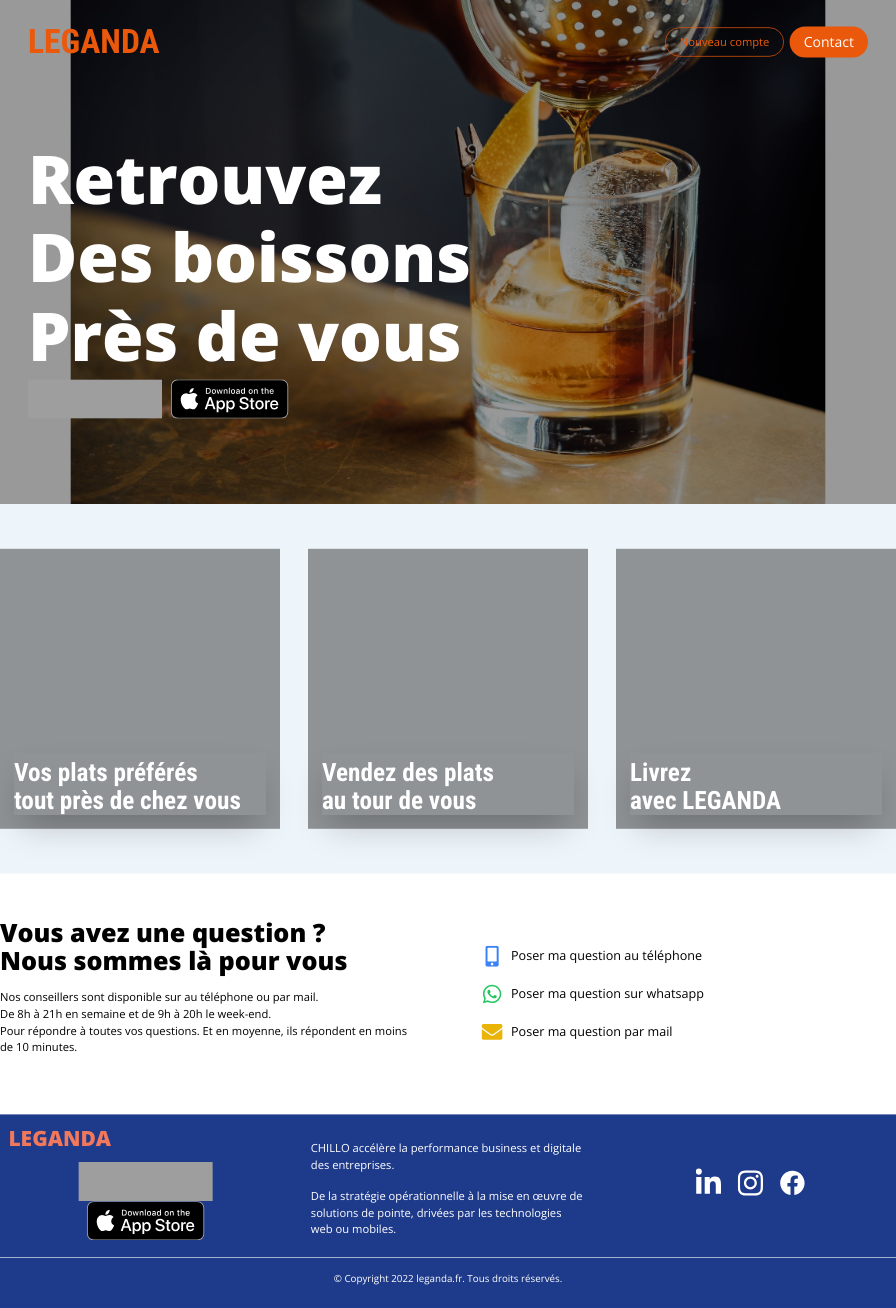
Repository: chillo-tech/website-leganda
Page: /
An editor plug-in stored every save of this project. The page is shown before and after the next save, followed by the edit.
The browser window is 1280 px wide. The pictures show the whole page, at 70% of full size.
Pictures or frames that could not be fetched are drawn as grey boxes. The project was rebuilt for these pictures with package versions that can differ from the ones it lists, and the page was loaded fresh each time. Some packages were replaced by stand-ins written for this rebuild. The framework's server and built-in components were replaced by stand-ins that run in the browser. Also part of the build but not shown: next.config.js, components/header/items/SearchBar.tsx.

Above is the page before, as saved 2023-02-09 08:37:04.

After the next save:
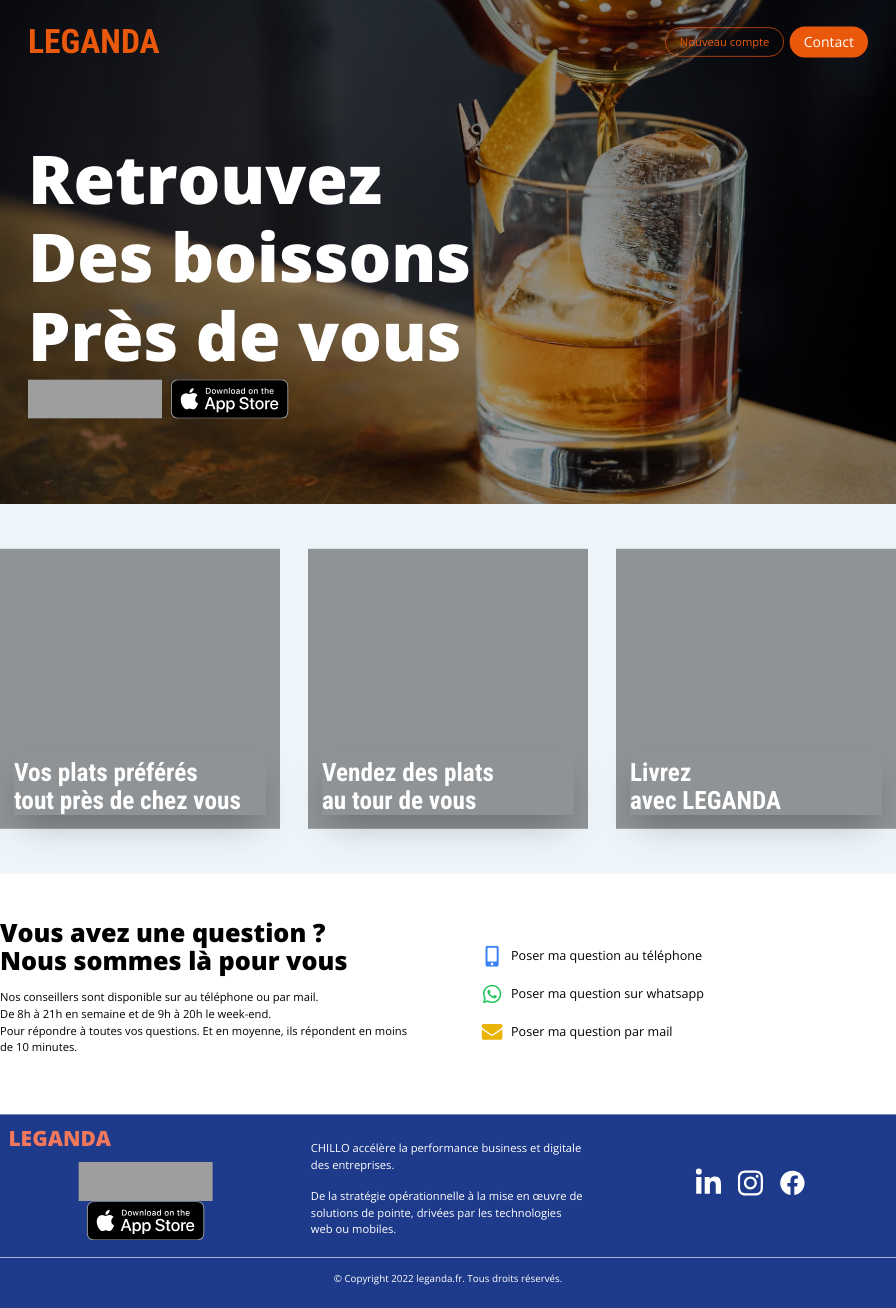
Saved 7 s later.
--- a/pages/index.tsx
+++ b/pages/index.tsx
@@ -44,7 +44,7 @@
               unoptimized={true}
               priority={true}
               fill={true}
-              className="object-contain"
+              className="object-cover"
 
 
             />
